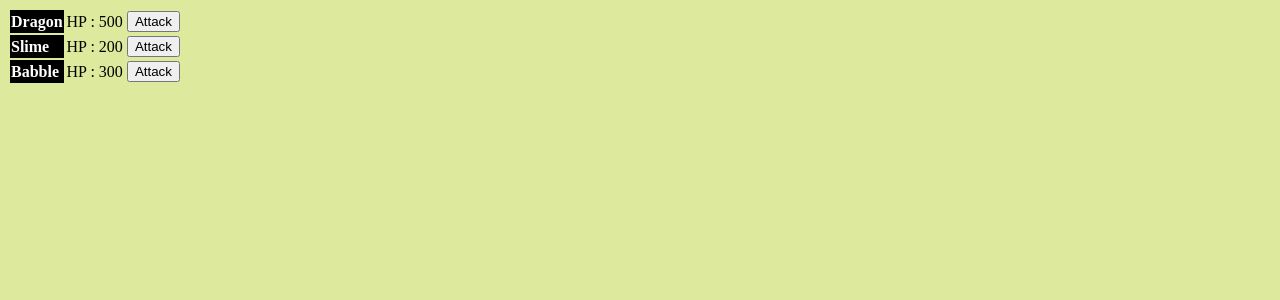
Repository: minoto9/vue_tutorial
Page: sampler/index.html
The author's editor kept a copy of each file at every save. The page is drawn from the files as they stood at one save, then again after a run of saves.
The browser window is 1280 px wide. The pictures show the whole page.

Above is the page before, as saved 2019-07-10 20:49:46.

After the next 2 saves:
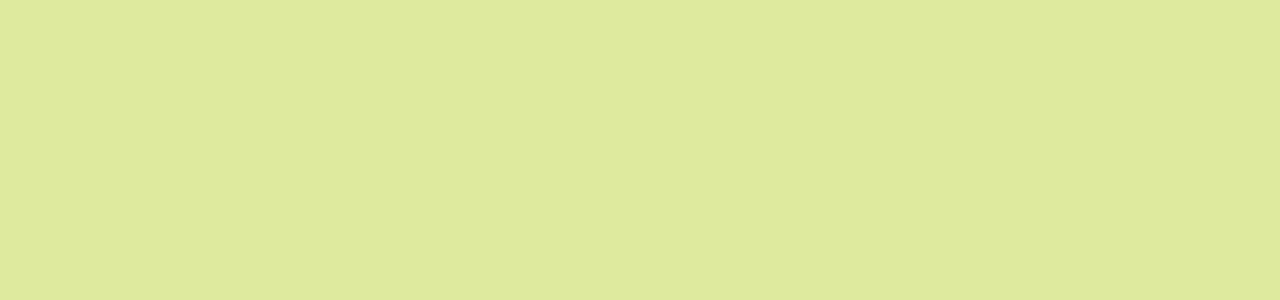
The 2 saves are shown as one change because they came seconds apart.
The last was saved 2 min 57 s later.
--- a/sampler/index.html
+++ b/sampler/index.html
@@ -12,7 +12,7 @@
     <div id="app">
         <table>
             <tr v-for="item in list" v-bind:key="item.id">
-                <td class="monsterName">{{ item.name }}</td>
+                <td class="monsterName" v-bind:class="warn: item.hp < item.hp / 10 ">{{ item.name }}</td>
                 <td>HP : {{ item.hp }}</td>
                 <td><button v-on:click="attack">Attack</button></td>
             </tr>

After the 3 saves that followed:
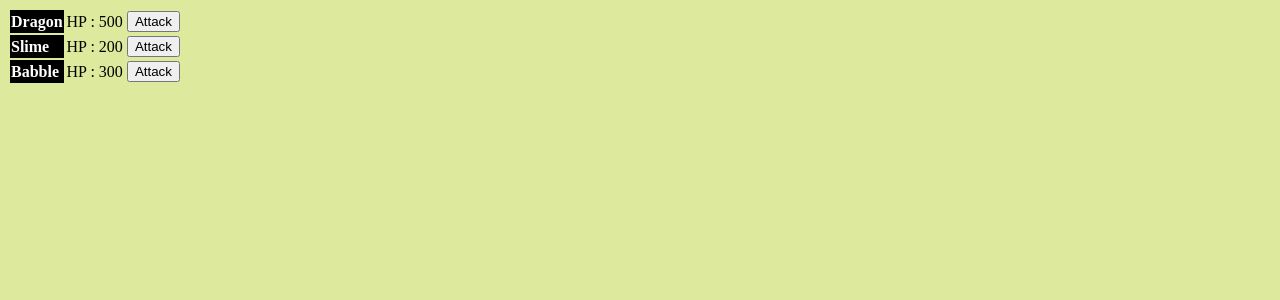
The 3 saves are shown as one change because they came seconds apart.
The last was saved 24 s later.
--- a/sampler/index.html
+++ b/sampler/index.html
@@ -12,7 +12,7 @@
     <div id="app">
         <table>
             <tr v-for="item in list" v-bind:key="item.id">
-                <td class="monsterName" v-bind:class="warn: item.hp < item.hp / 10 ">{{ item.name }}</td>
+                <td class="monsterName" v-bind:class="{warn: item.hp <= item.hp / 10}">{{ item.name }}</td>
                 <td>HP : {{ item.hp }}</td>
                 <td><button v-on:click="attack">Attack</button></td>
             </tr>
